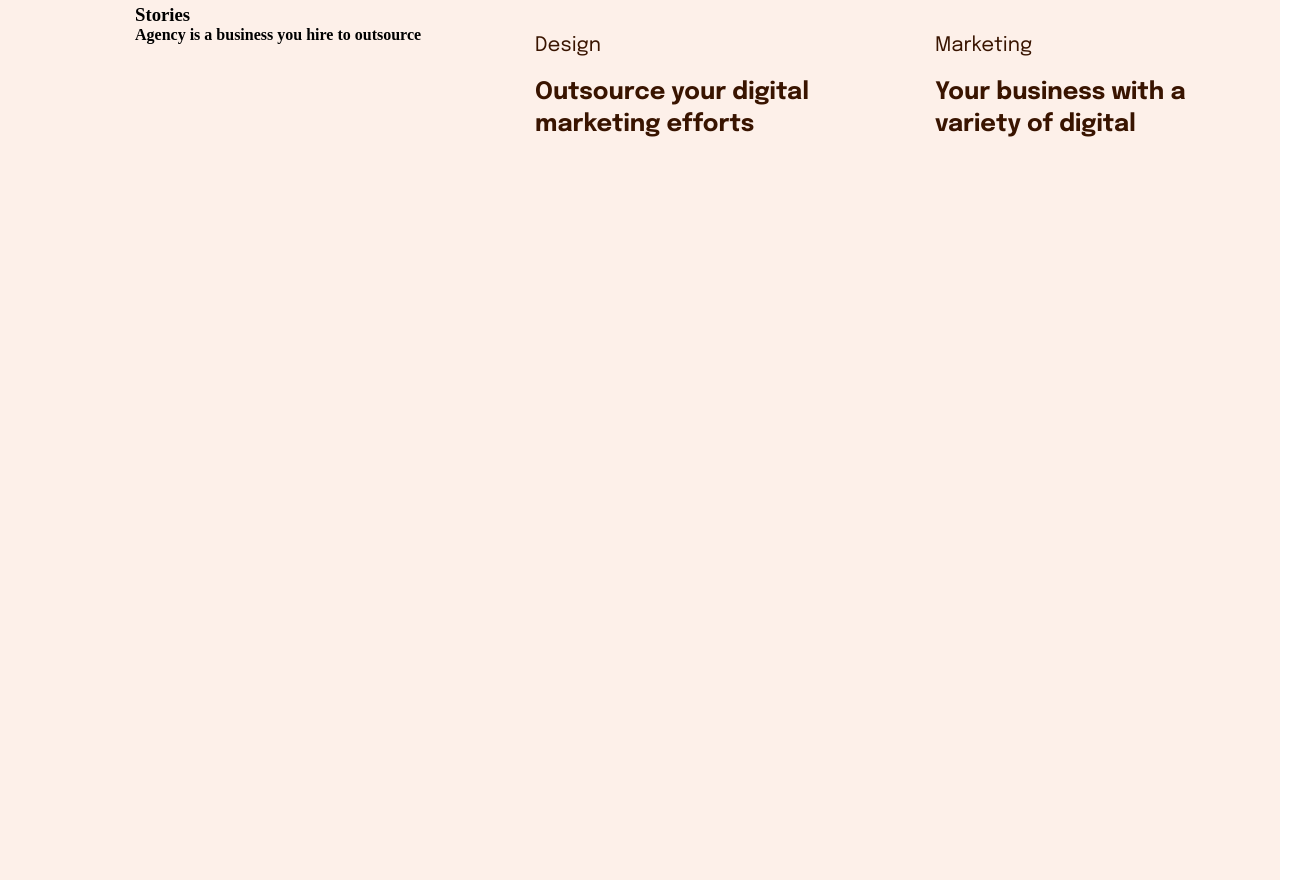
Repository: cesurrustemov/task5
Page: index.html
These files come from the project's save history. The page is drawn as it stood at one moment and after a run of saves; the edit follows.
The browser window is 1280 px wide. The page is 1305 px wide, so the pictures cover 1305 px, including what lies to the right of the window. The pictures show the part of the page from y = 560 to 1440 px (the page is 1440 px tall).

Above is the page before, as saved 2023-12-23 17:14:31.

### index.html
<!DOCTYPE html>
<html lang="en">
<head>
    <meta charset="UTF-8" />
    <meta name="viewport" content="width=device-width, initial-scale=1.0" />
    <title>Document</title>
    <link rel="stylesheet" href="index.css" />
</head>
<body>
    <div class="container">
        <h1>Our Blog</h1>
        <h2>Latest Blog Articles</h2>
        <div class="text-container">
            <div class="photo1">
                <img class="img1" src="https://static.vecteezy.com/vite/assets/photo-masthead-375-b8ae1548.webp"
                    alt="Discover All" />
                <h3 >Stories</h3>
                <h4 >Agency is a business you hire to outsource</h4>
            </div>
            <div class="photo2">
                <img class="img2"
                    src="https://images.pexels.com/photos/1557652/pexels-photo-1557652.jpeg?auto=compress&cs=tinysrgb&dpr=1&w=500"
                    alt="" />
                <h3 class="h2">Design</h3>
                <h4 class="f2">Outsource your digital marketing efforts</h4>
            </div>
            <div class="photo3">
                <img class="img3"
                    src="https://img.freepik.com/free-photo/painting-mountain-lake-with-mountain-background_188544-9126.jpg"
                    alt="" />
                <h3 class="h3">Marketing</h3>
                <h4 class="f3">Your business with a variety of digital</h4>
            </div>
        </div>
    </div>
</body>

</html>

### index.css
@import url('https://fonts.googleapis.com/css2?family=Epilogue:wght@400;700;800&display=swap');
* {
    margin: 0;
    padding: 0;
    box-sizing: border-box;
}
.container{
    padding: 112px 135px 68px 135px;
    background: #FDF0E9;
    min-height: 200vh;
}
h1 {
    /* margin-left: 135px; */
    color: var(--Text_Dark_Accent, #EF6D58);
    font-feature-settings: 'clig' off, 'liga' off;
    font-family: Epilogue;
    font-size: 16px;
    font-style: normal;
    font-weight: 400;
    line-height: 32px;
    letter-spacing: 3px;
    text-transform: uppercase;
}

h2 {
    width: 318px;
    margin-bottom: 64px;
    color: var(--Text_Dark, #391400);
    font-feature-settings: 'clig' off, 'liga' off;
    font-family: Epilogue;
    font-size: 56px;
    font-style: normal;
    font-weight: 800;
    line-height: 64px;
    letter-spacing: -1px;
}

.text-container {
    display: flex;
}
.photo1 {
    /* margin-left: 135px; */
}

.img1 {
    width: 370px;
    height: 224px;
    border-radius: 6px;
    background: #5C2000;
}

.h1 {
    margin-bottom: 15px;
    color: var(--Text_Dark, #391400);
    font-feature-settings: 'clig' off, 'liga' off;
    margin-top: 26px;
    font-family: Epilogue;
    font-size: 20px;
    font-style: normal;
    font-weight: 400;
    line-height: 32px;
}

.f1 {
    color: var(--Text_Dark, #391400);
    font-feature-settings: 'clig' off, 'liga' off;
    width: 338px;
    height: 68px;
    flex-shrink: 0;
    font-family: Epilogue;
    font-size: 24px;
    font-style: normal;
    font-weight: 700;
    line-height: 32px;
}

.photo2 {
    margin-left: 30px;
}

.img2 {
    margin-bottom: 26px;
    width: 370px;
    height: 224px;
    flex-shrink: 0;
    border-radius: 6px;
    background: #5C2000;
}

.h2 {
    margin-bottom: 15px;
    color: var(--Text_Dark, #391400);
    font-feature-settings: 'clig' off, 'liga' off;

    font-family: Epilogue;
    font-size: 20px;
    font-style: normal;
    font-weight: 400;
    line-height: 32px;
}

.f2 {
    width: 338px;
    height: 68px;
    flex-shrink: 0;
    color: var(--Text_Dark, #391400);
    font-feature-settings: 'clig' off, 'liga' off;


    font-family: Epilogue;
    font-size: 24px;
    font-style: normal;
    font-weight: 700;
    line-height: 32px;
}

.photo3 {
    margin-left: 30px;
}

.img3 {
    width: 370px;
    height: 224px;
    flex-shrink: 0;
    border-radius: 6px;
    background: #5C2000;
}

.h3 {
    margin-top: 26px;
    margin-bottom: 15px;
    color: var(--Text_Dark, #391400);
    font-feature-settings: 'clig' off, 'liga' off;

    font-family: Epilogue;
    font-size: 20px;
    font-style: normal;
    font-weight: 400;
    line-height: 32px;
}

.f3 {
    width: 338px;
    height: 68px;
    flex-shrink: 0;
    color: var(--Text_Dark, #391400);
    font-feature-settings: 'clig' off, 'liga' off;

    font-family: Epilogue;
    font-size: 24px;
    font-style: normal;
    font-weight: 700;
    line-height: 32px;
}

After the next 2 saves:
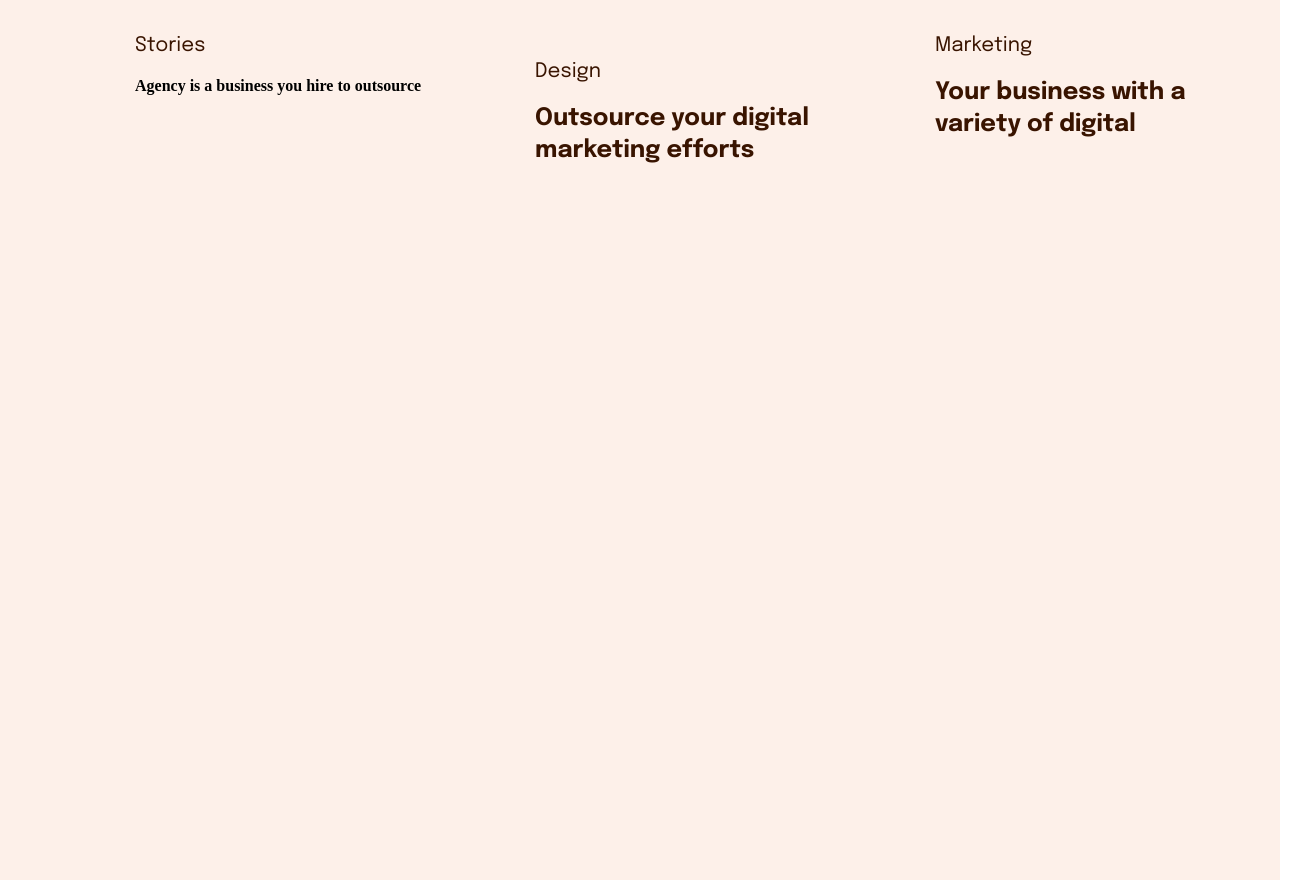
The 2 saves are shown as one change because they came seconds apart.
The last was saved 7 s later.
--- a/index.css
+++ b/index.css
@@ -49,7 +49,7 @@ h2 {
     background: #5C2000;
 }
 
-.h1 {
+h3 {
     margin-bottom: 15px;
     color: var(--Text_Dark, #391400);
     font-feature-settings: 'clig' off, 'liga' off;
